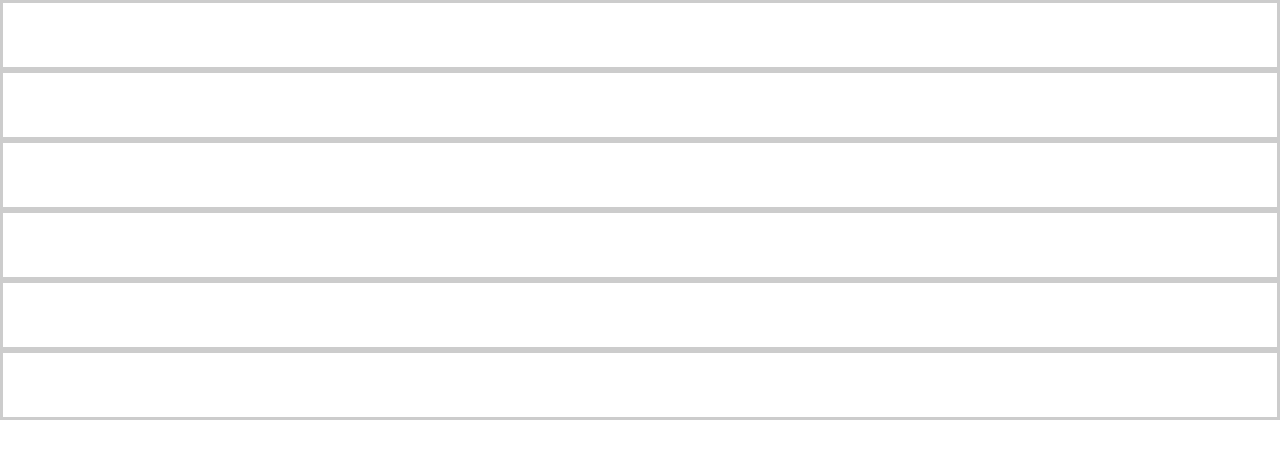
Repository: AlexBCIT/metrolicspractice
Page: index.html
An editor plug-in stored every save of this project. The page is shown before and after the next save, followed by the edit.
The browser window is 1280 px wide. The pictures show the whole page.

Above is the page before, as saved 2021-01-29 10:17:14.

### index.html
<!doctype html>
<html class="no-js" lang="">

<head>
    <meta charset="utf-8">
    <title></title>
    <meta name="description" content="">
    <meta name="viewport" content="width=device-width, initial-scale=1">

    <meta property="og:title" content="">
    <meta property="og:type" content="">
    <meta property="og:url" content="">
    <meta property="og:image" content="">

    <link rel="manifest" href="site.webmanifest">
    <link rel="apple-touch-icon" href="icon.png">
    <!-- Place favicon.ico in the root directory -->

    <link rel="stylesheet" href="css/normalize.css">
    <link rel="stylesheet" href="css/main.css">

    <meta name="theme-color" content="#fafafa">
</head>

<body>

    <div class="container">
        <div class="row">
            <div class="column">

            </div>
        </div>
    </div>
    <div class="container">
        <div class="row">
            <div class="column">

            </div>
        </div>
    </div>
    <div class="container">
        <div class="row">
            <div class="column">

            </div>
        </div>
    </div>
    <div class="container">
        <div class="row">
            <div class="column">

            </div>
        </div>
    </div>
    <div class="container">
        <div class="row">
            <div class="column">

            </div>
        </div>
    </div>
    <div class="container">
        <div class="row">
            <div class="column">

            </div>
        </div>
    </div>




    <script src="js/vendor/modernizr-3.11.2.min.js"></script>
    <script src="js/plugins.js"></script>
    <script src="js/main.js"></script>

    <!-- Google Analytics: change UA-XXXXX-Y to be your site's ID. -->
    <script>
        window.ga = function() {
            ga.q.push(arguments)
        };
        ga.q = [];
        ga.l = +new Date;
        ga('create', 'UA-XXXXX-Y', 'auto');
        ga('set', 'anonymizeIp', true);
        ga('set', 'transport', 'beacon');
        ga('send', 'pageview')
    </script>
    <script src="https://www.google-analytics.com/analytics.js" async></script>
</body>

</html>

### css/main.css
/*! HTML5 Boilerplate v8.0.0 | MIT License | https://html5boilerplate.com/ */


/* main.css 2.1.0 | MIT License | https://github.com/h5bp/main.css#readme */


/*
 * What follows is the result of much research on cross-browser styling.
 * Credit left inline and big thanks to Nicolas Gallagher, Jonathan Neal,
 * Kroc Camen, and the H5BP dev community and team.
 */


/* ==========================================================================
   Base styles: opinionated defaults
   ========================================================================== */

html {
    color: #222;
    font-size: 1em;
    line-height: 1.4;
}


/*
 * Remove text-shadow in selection highlight:
 * https://twitter.com/miketaylr/status/12228805301
 *
 * Vendor-prefixed and regular ::selection selectors cannot be combined:
 * https://stackoverflow.com/a/16982510/7133471
 *
 * Customize the background color to match your design.
 */

::-moz-selection {
    background: #b3d4fc;
    text-shadow: none;
}

::selection {
    background: #b3d4fc;
    text-shadow: none;
}


/*
 * A better looking default horizontal rule
 */

hr {
    display: block;
    height: 1px;
    border: 0;
    border-top: 1px solid #ccc;
    margin: 1em 0;
    padding: 0;
}


/*
 * Remove the gap between audio, canvas, iframes,
 * images, videos and the bottom of their containers:
 * https://github.com/h5bp/html5-boilerplate/issues/440
 */

audio,
canvas,
iframe,
img,
svg,
video {
    vertical-align: middle;
}


/*
 * Remove default fieldset styles.
 */

fieldset {
    border: 0;
    margin: 0;
    padding: 0;
}


/*
 * Allow only vertical resizing of textareas.
 */

textarea {
    resize: vertical;
}


/* ==========================================================================
   Author's custom styles
   ========================================================================== */

div,
header,
footer,
section {
    border: 1px solid #ccc;
    min-height: 4rem;
}


/* ==========================================================================
   UTILITY
   ========================================================================== */


/*
 * Hide visually and from screen readers
 */

.hidden,
[hidden] {
    display: none !important;
}


/*
 * Hide only visually, but have it available for screen readers:
 * https://snook.ca/archives/html_and_css/hiding-content-for-accessibility
 *
 * 1. For long content, line feeds are not interpreted as spaces and small width
 *    causes content to wrap 1 word per line:
 *    https://medium.com/@jessebeach/beware-smushed-off-screen-accessible-text-5952a4c2cbfe
 */

.sr-only {
    border: 0;
    clip: rect(0, 0, 0, 0);
    height: 1px;
    margin: -1px;
    overflow: hidden;
    padding: 0;
    position: absolute;
    white-space: nowrap;
    width: 1px;
    /* 1 */
}


/*
 * Extends the .sr-only class to allow the element
 * to be focusable when navigated to via the keyboard:
 * https://www.drupal.org/node/897638
 */

.sr-only.focusable:active,
.sr-only.focusable:focus {
    clip: auto;
    height: auto;
    margin: 0;
    overflow: visible;
    position: static;
    white-space: inherit;
    width: auto;
}


/*
 * Hide visually and from screen readers, but maintain layout
 */

.invisible {
    visibility: hidden;
}


/*
 * Clearfix: contain floats
 *
 * For modern browsers
 * 1. The space content is one way to avoid an Opera bug when the
 *    `contenteditable` attribute is included anywhere else in the document.
 *    Otherwise it causes space to appear at the top and bottom of elements
 *    that receive the `clearfix` class.
 * 2. The use of `table` rather than `block` is only necessary if using
 *    `:before` to contain the top-margins of child elements.
 */

.clearfix::before,
.clearfix::after {
    content: " ";
    display: table;
}

.clearfix::after {
    clear: both;
}


/* ==========================================================================
   EXAMPLE Media Queries for Responsive Design.
   These examples override the primary ('mobile first') styles.
   Modify as content requires.
   ========================================================================== */

@media only screen and (min-width: 35em) {
    /* Style adjustments for viewports that meet the condition */
}

@media print,
(-webkit-min-device-pixel-ratio: 1.25),
(min-resolution: 1.25dppx),
(min-resolution: 120dpi) {
    /* Style adjustments for high resolution devices */
}


/* ==========================================================================
   Print styles.
   Inlined to avoid the additional HTTP request:
   https://www.phpied.com/delay-loading-your-print-css/
   ========================================================================== */

@media print {
    *,
    *::before,
    *::after {
        background: #fff !important;
        color: #000 !important;
        /* Black prints faster */
        box-shadow: none !important;
        text-shadow: none !important;
    }
    a,
    a:visited {
        text-decoration: underline;
    }
    a[href]::after {
        content: " (" attr(href) ")";
    }
    abbr[title]::after {
        content: " (" attr(title) ")";
    }
    /*
   * Don't show links that are fragment identifiers,
   * or use the `javascript:` pseudo protocol
   */
    a[href^="#"]::after,
    a[href^="javascript:"]::after {
        content: "";
    }
    pre {
        white-space: pre-wrap !important;
    }
    pre,
    blockquote {
        border: 1px solid #999;
        page-break-inside: avoid;
    }
    /*
   * Printing Tables:
   * https://web.archive.org/web/20180815150934/http://css-discuss.incutio.com/wiki/Printing_Tables
   */
    thead {
        display: table-header-group;
    }
    tr,
    img {
        page-break-inside: avoid;
    }
    p,
    h2,
    h3 {
        orphans: 3;
        widows: 3;
    }
    h2,
    h3 {
        page-break-after: avoid;
    }
}

### js/plugins.js
// Avoid `console` errors in browsers that lack a console.
(function() {
  var method;
  var noop = function () {};
  var methods = [
    'assert', 'clear', 'count', 'debug', 'dir', 'dirxml', 'error',
    'exception', 'group', 'groupCollapsed', 'groupEnd', 'info', 'log',
    'markTimeline', 'profile', 'profileEnd', 'table', 'time', 'timeEnd',
    'timeline', 'timelineEnd', 'timeStamp', 'trace', 'warn'
  ];
  var length = methods.length;
  var console = (window.console = window.console || {});

  while (length--) {
    method = methods[length];

    // Only stub undefined methods.
    if (!console[method]) {
      console[method] = noop;
    }
  }
}());

// Place any jQuery/helper plugins in here.

Loaded but not shown: css/normalize.css (library); js/vendor/modernizr-3.11.2.min.js (library); js/main.js (no stored copy; drawn as an empty file)

After the next save:
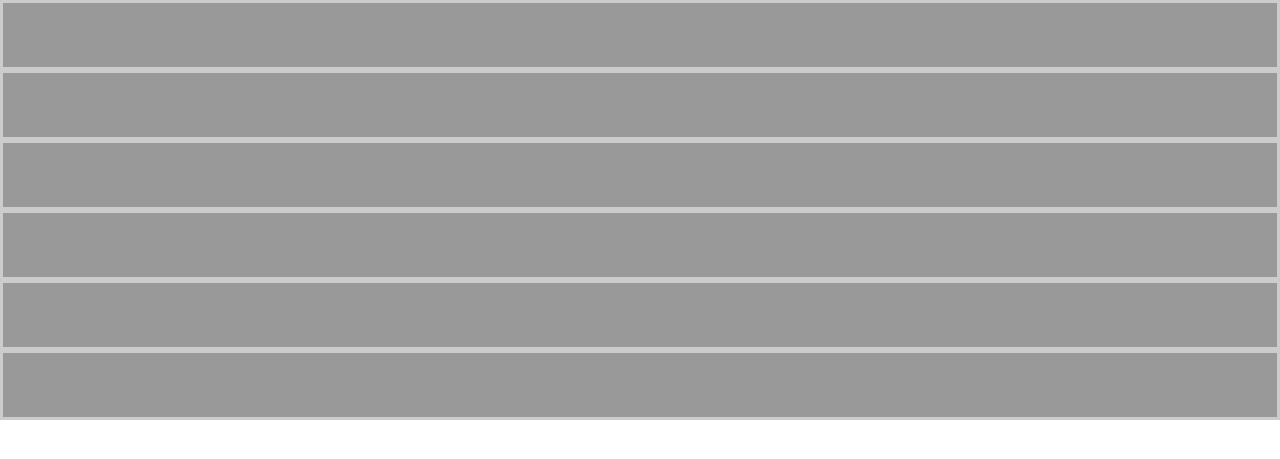
Saved 32 s later.
--- a/css/main.css
+++ b/css/main.css
@@ -103,6 +103,10 @@
 section {
     border: 1px solid #ccc;
     min-height: 4rem;
+}
+
+.column {
+    background-color: #999;
 }
 
 
